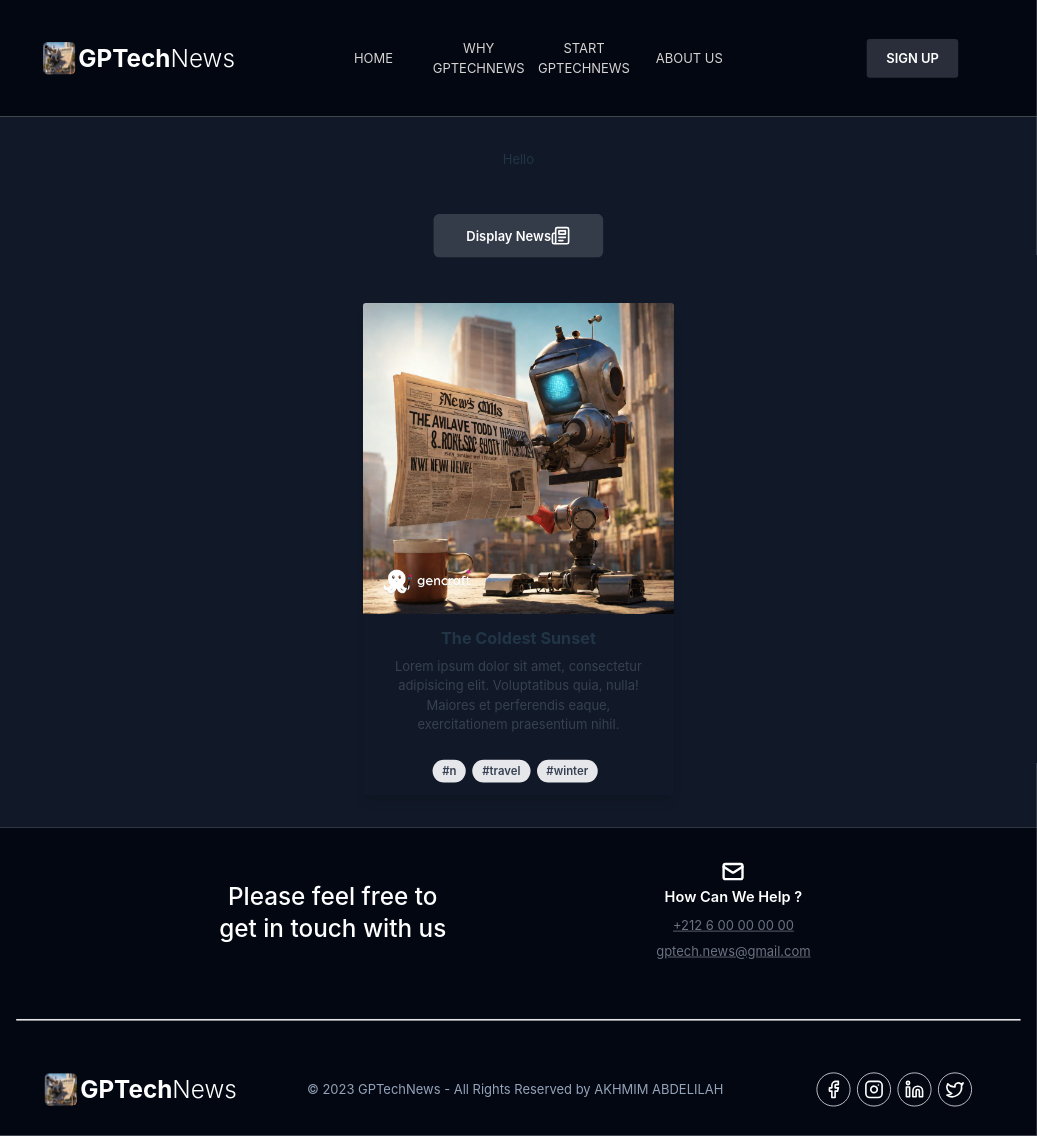
Repository: Lablab-me-Hackathon/gptech-news-frontend
Page: /
The author's editor kept a copy of each file at every save. The page is drawn from the files as they stood at one save, then again after the next save.
The browser window is 1280 px wide. The pictures show the whole page, at 81% of full size.
The project was rebuilt for these pictures with package versions that can differ from the ones it lists, and the page was loaded fresh each time. Also part of the build but not shown: vite.config.js.

Above is the page before, as saved 2023-08-05 17:27:06.

After the next save:
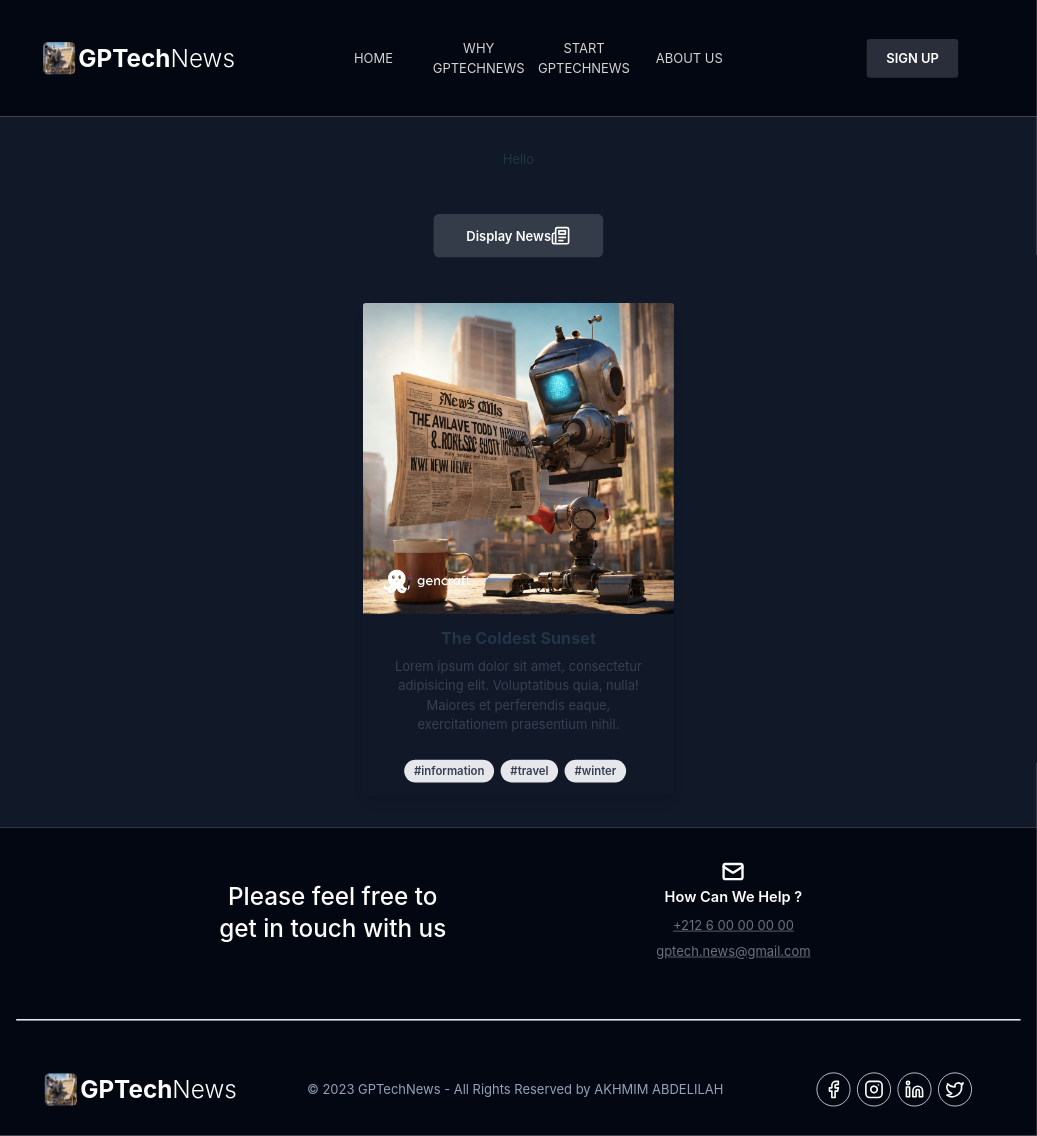
Saved 8 s later.
--- a/src/services/main/Cards.jsx
+++ b/src/services/main/Cards.jsx
@@ -10,7 +10,7 @@
       </p>
     </div>
     <div className="px-6 pt-4 pb-2">
-      <span className="inline-block bg-gray-200 rounded-full px-3 py-1 text-sm font-semibold text-gray-700 mr-2 mb-2">#n</span>
+      <span className="inline-block bg-gray-200 rounded-full px-3 py-1 text-sm font-semibold text-gray-700 mr-2 mb-2">#information</span>
       <span className="inline-block bg-gray-200 rounded-full px-3 py-1 text-sm font-semibold text-gray-700 mr-2 mb-2">#travel</span>
       <span className="inline-block bg-gray-200 rounded-full px-3 py-1 text-sm font-semibold text-gray-700 mr-2 mb-2">#winter</span>
     </div>
